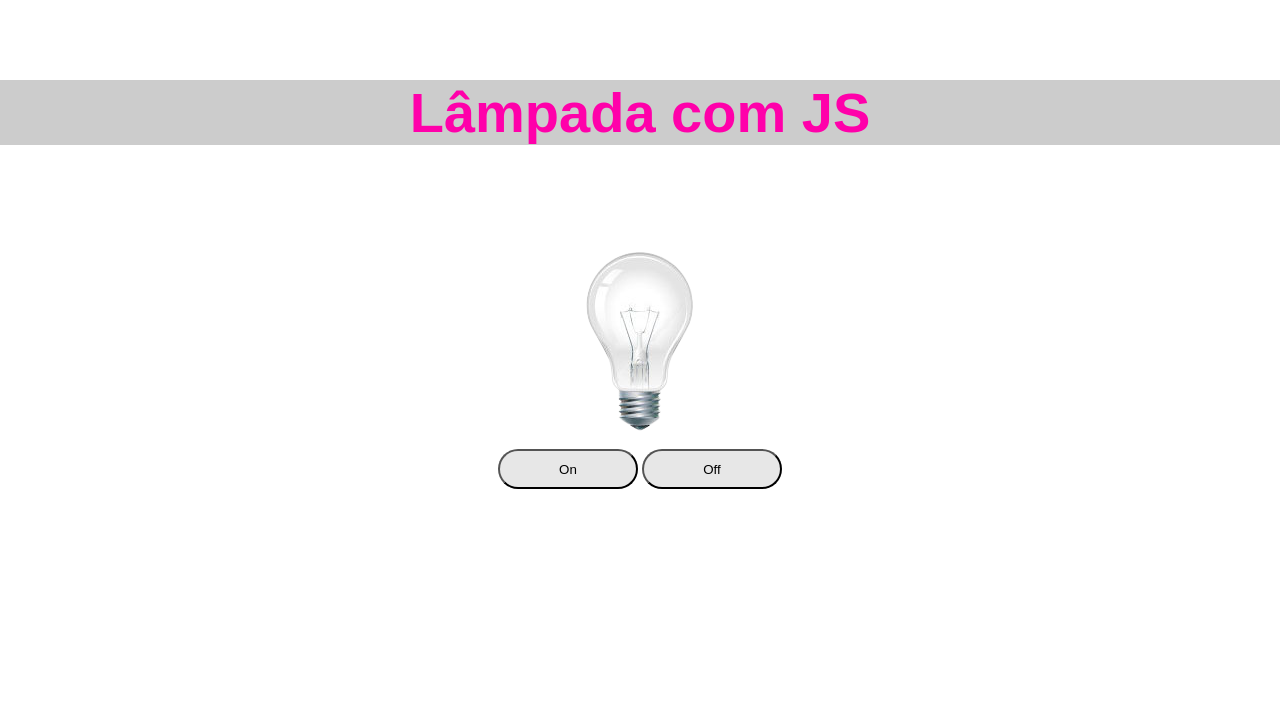
Repository: kahut-gdd/lampadaComJs
Page: index.html
These files come from the project's save history. The page is drawn as it stood at one moment and after a run of saves; the edit follows.
The browser window is 1280 px wide. The pictures show the whole page.

Above is the page before, as saved 2022-06-25 13:03:55.

### index.html
<!DOCTYPE html>
<html lang="pt-br">
<head>
    <meta charset="UTF-8">
    <meta http-equiv="X-UA-Compatible" content="IE=edge">
    <meta name="viewport" content="width=device-width, initial-scale=1.0">
    <title>LampadaComJs</title>
    <style>
        *{
            margin: 0;
            padding: 0;
            background: linear-gradient();
            align-items: center;
        }
        h1{
            background: #ccc;
            color: rgb(255, 0, 170);
            text-align: center;
            font-size: 3.5rem;
            font-family: sans-serif;
        }
        head, main{
            margin-top: 80px;
            display: flex;
            flex-direction: column;
            align-items: center;
            cursor: pointer;
        }
        button{
            width: 140px;
            height: 40px;
            background-color: rgb(231, 231, 231);
            color: #000;
            cursor: pointer;
            border-radius: 60px;

        }
        #turnOn:hover{
            background: rgb(84, 247, 84);
            color: aliceblue;
            font-size: 1.2rem;
        }
        #turnOff:hover{
            background: rgb(255, 0, 55);
            color: aliceblue;
            font-size: 1.2rem;
        }
    </style>
</head>
<body>
    <header>
        <h1>Lâmpada com JS</h1>
    </header>
    <main>
        <div>
            <img src="./img/desligada.png" alt="Lámpada" id="lamp">
        </div>
        <div>
            <button id="turnOn">On</button>
            <button id="turnOff">Off</button>
        </div>
    </main>


    <script>
        const turnOn = document.getElementById('turnOn');
        const turnOff = document.getElementById('turnOff');
        const lamp = document.getElementById('lamp');

        function isLampBroken(){
            return lamp.src.indexOf('quebrada') > -1;
        }

        function lampOn(){
            if(!isLampBroken()){
            lamp.src = './img/ligada.png';
            }
        }

        function lampOff(){
            if(!isLampBroken()){
            lamp.src = './img/desligada.png';
            }
        }
        function lampBroken(){
            lamp.src = './img/quebrada.png';
        }

        turnOn.addEventListener('click', lampOn);
        turnOff.addEventListener('click', lampOff);
        lamp.addEventListener('mouseover', lampOn);
        lamp.addEventListener('mouseleave', lampOff);
        lamp.addEventListener('dblclick', lampBroken);

    </script>
</body>
</html>

After the next 6 saves:
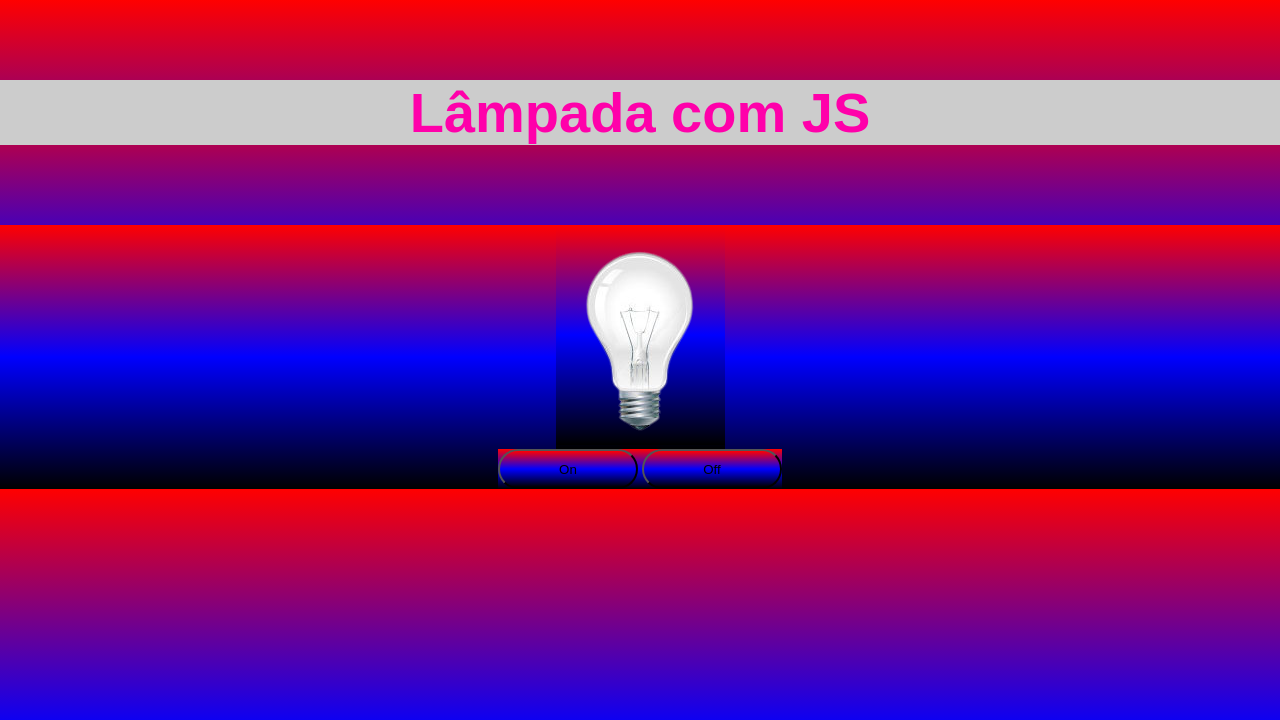
The 6 saves are shown as one change because they came seconds apart.
The last was saved 51 s later.
--- a/index.html
+++ b/index.html
@@ -9,7 +9,7 @@
         *{
             margin: 0;
             padding: 0;
-            background: linear-gradient();
+            background: linear-gradient(red, blue, black);
             align-items: center;
         }
         h1{
